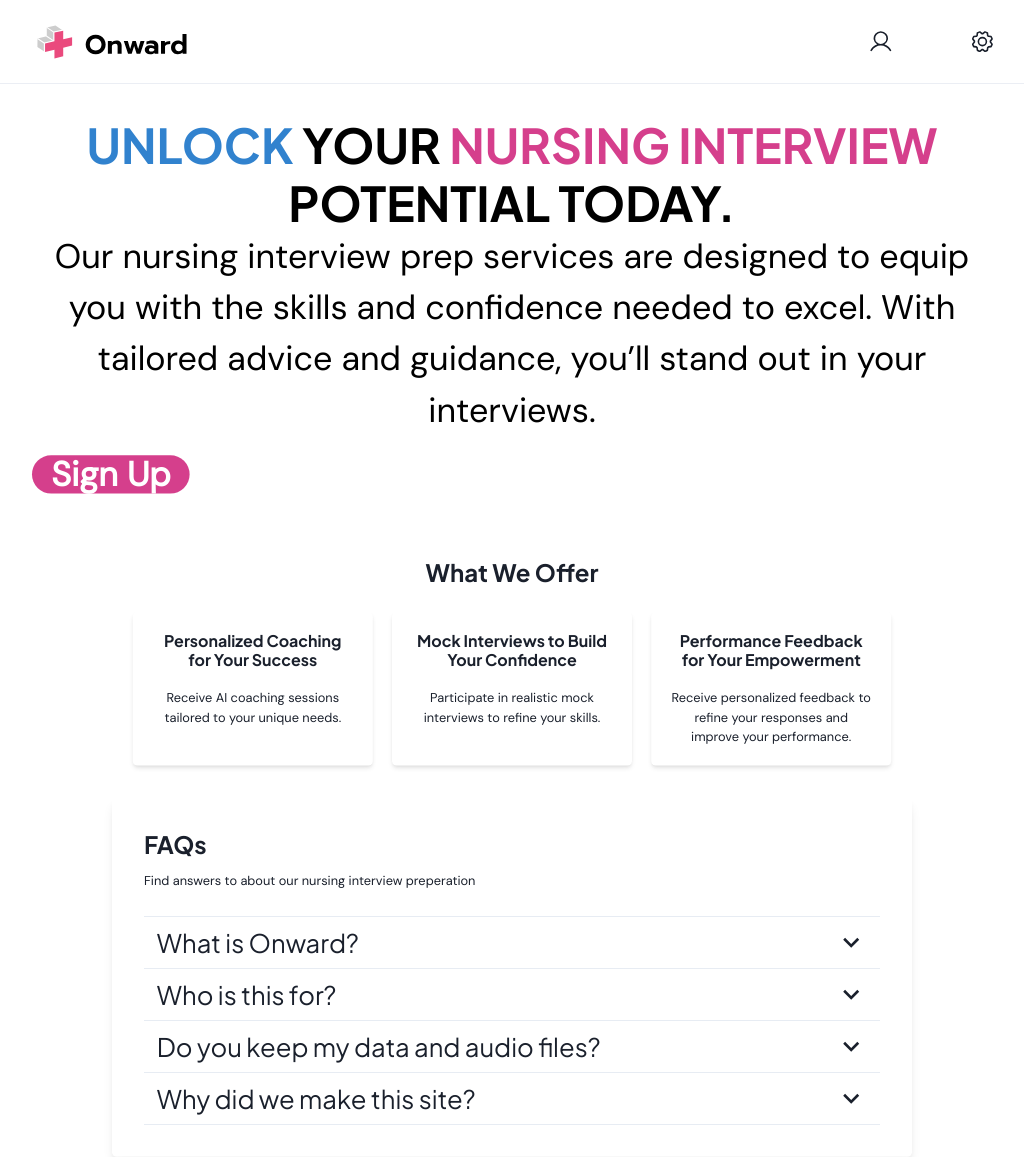
Repository: Aladdin3r/onward
Page: /landing-page
An editor plug-in stored every save of this project. The page is shown before and after the next save, followed by the edit.
The browser window is 1280 px wide. The pictures show the whole page, at 80% of full size.
The project was rebuilt for these pictures with package versions that can differ from the ones it lists, and the page was loaded fresh each time. The framework's server and built-in components were replaced by stand-ins that run in the browser. Also part of the build but not shown: next.config.mjs, styles/components/AppTopNav.js, styles/components/Layout.js.

Above is the page before, as saved 2024-10-29 01:38:19.

After the next save:
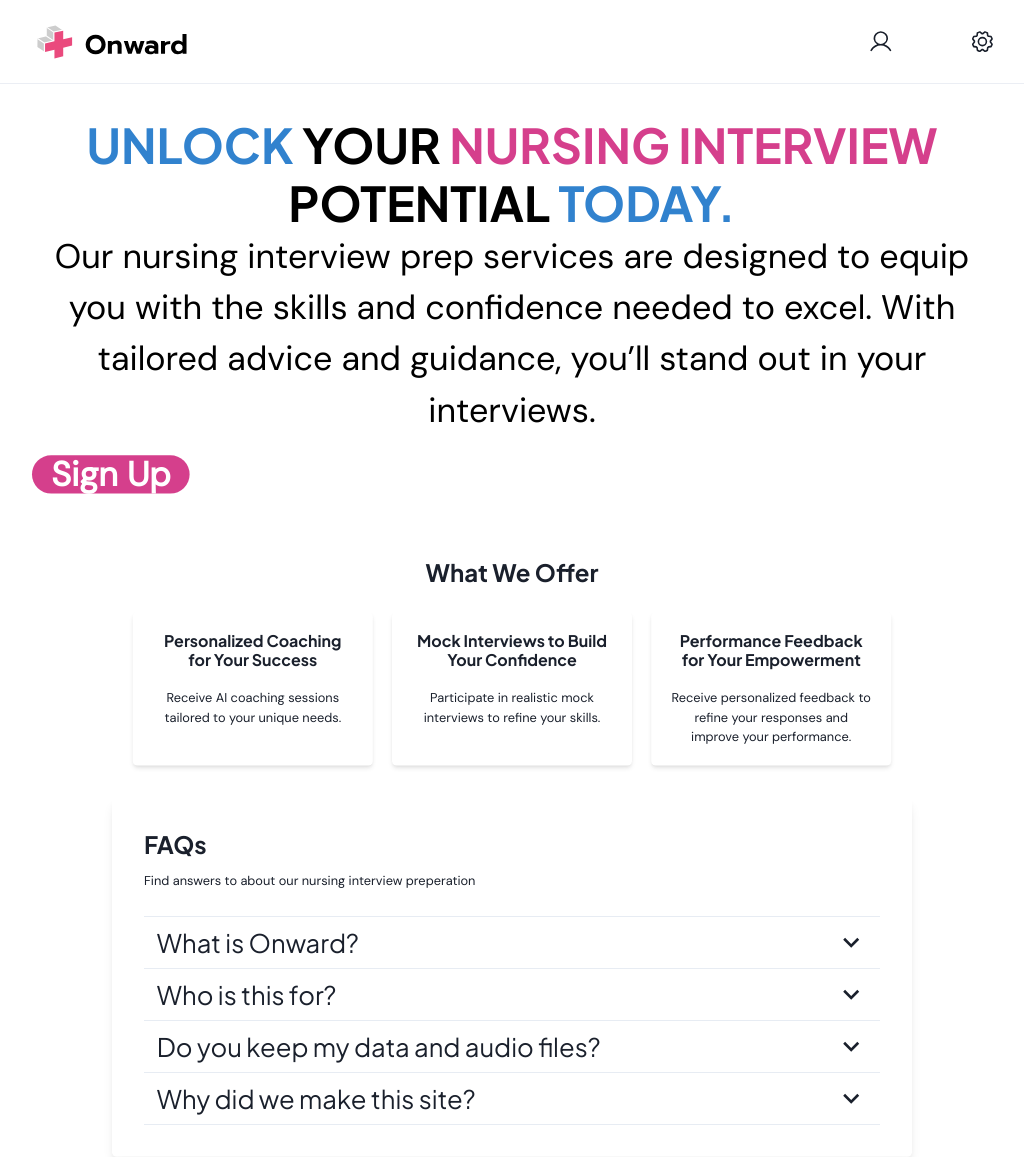
Saved 14 s later.
--- a/pages/landing-page.js
+++ b/pages/landing-page.js
@@ -34,7 +34,7 @@ import {
             <Text as="span" color="black">YOUR </Text>
             <Text as="span" color="pink.500">NURSING INTERVIEW </Text>
             <Text as="span">POTENTIAL </Text>
-            <Text as="span">TODAY.</Text>
+            <Text as="span" color="blue.500">TODAY.</Text>
 
           </Heading>
           <Text fontFamily="body" fontSize="lg" mb={6}>
